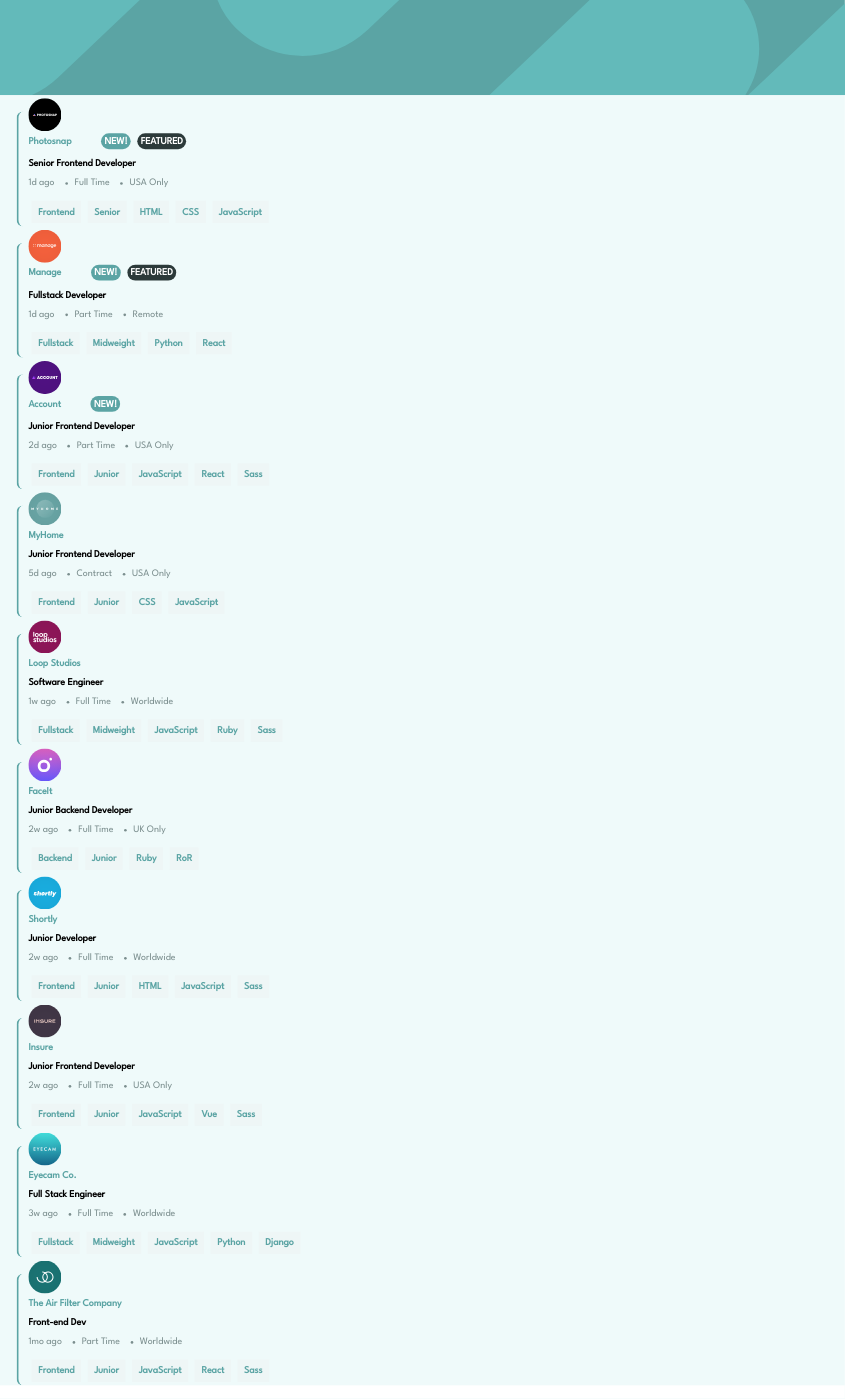
Repository: DevLaukey/job-listing
Page: /
An editor plug-in stored every save of this project. The page is shown before and after a run of saves, followed by the edit.
The browser window is 1280 px wide. The pictures show the whole page, at 66% of full size.
Some web fonts or font styles are not loaded; a fallback is used. The project was rebuilt for these pictures with package versions that can differ from the ones it lists, and the page was loaded fresh each time.

Above is the page before, as saved 2022-06-03 00:02:47.

After the next 2 saves:
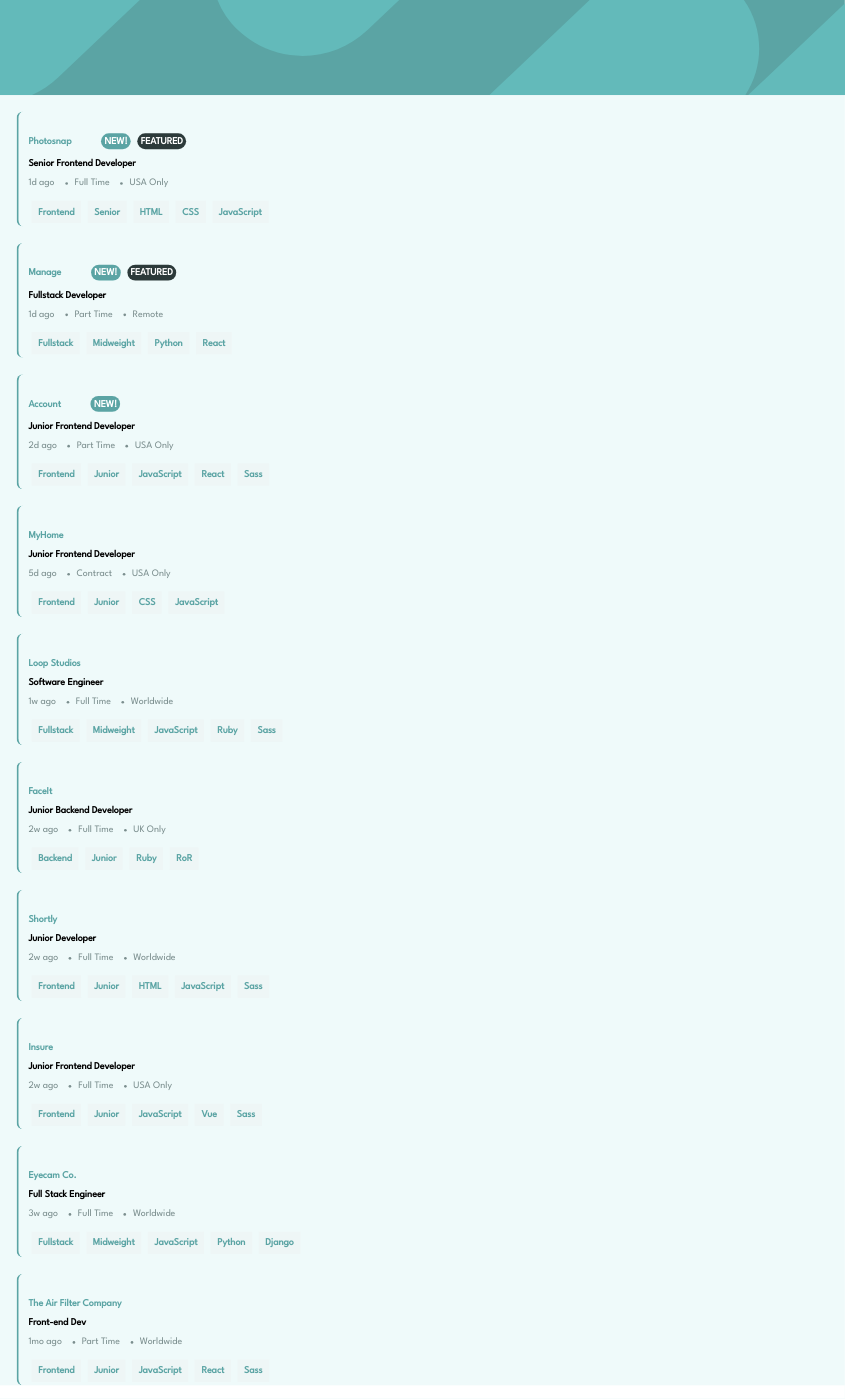
The 2 saves are shown as one change because 1 did not build or start.
The last was saved 27 s later.
--- a/src/components/Tablet.js
+++ b/src/components/Tablet.js
@@ -2,11 +2,11 @@ import React from "react";
 import "./styles.css";
 
 function Tablet({ company, logo, neew, featured, position, role, level, postedAt, contract, location, languages, tools }) {
-
+ const logos = require('./logo.jpeg').default
     return (
       <div className="tablet">
         <div className="tablet_content">
-          <img className="image" src={logo} alt="" />
+          <img className="image" src={logos} alt="" />
 
           <div className="heading">
             <div className="company">
